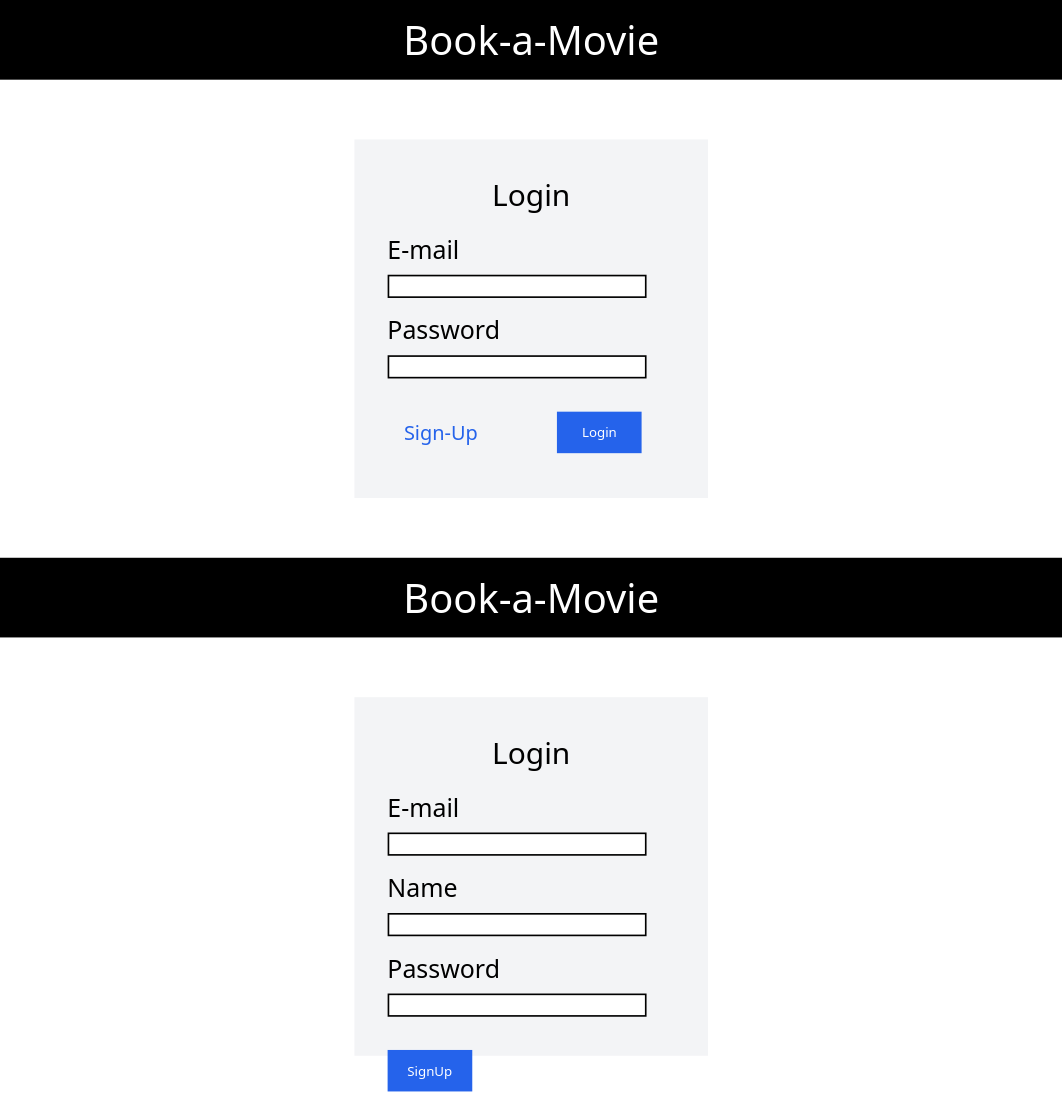
Repository: BhumilModi/movie-booking-app-assignment
Page: /signUp
The author's editor kept a copy of each file at every save. The page is drawn from the files as they stood at one save, then again after the next save.
The browser window is 1280 px wide. The pictures show the whole page, at 83% of full size.
The project was rebuilt for these pictures with package versions that can differ from the ones it lists, and the page was loaded fresh each time. Also part of the build but not shown: src/App.css.

Above is the page before, as saved 2022-11-29 18:24:25.

### src/App.js
import './App.css';
import Login from './components/Login';
import SignUp from './components/SignUp';
function App() {
  return (
    <div>
      <Login />
      <SignUp />
    </div>
  );
}

export default App;

### src/components/Login.jsx
import React from "react";
import Navbar from "./Navbar";

function Login() {
  return (
    <div className="flex flex-col justify-center items-center">
      <Navbar />
      <div className="h-[60vh] bg-gray-100 w-1/3 my-[10vh] flex flex-col p-[40px]">
        <div className="text-[36px] mx-auto">Login</div>
        <div className="text-[30px] mt-4 mb-2">E-mail</div>
        <input type="text" className="w-[90%] border-2 border-black" />
        <div className="text-[30px] mt-4 mb-2">Password</div>
        <input type="password" className="w-[90%] border-2 border-black" />
        <div className="flex justify-between items-center mt-10 mr-10">
          <p className="text-[24px] ml-5 text-blue-600 cursor-pointer">
            Sign-Up
          </p>
          <button className="bg-blue-600 w-1/3 h-[50px] text-white">
            Login
          </button>
        </div>
      </div>
    </div>
  );
}

export default Login;

### src/components/SignUp.jsx
import React from "react";
import Navbar from "./Navbar";

function Login() {
  return (
    <div className="flex flex-col justify-center items-center">
      <Navbar />
      <div className="h-[60vh] bg-gray-100 w-1/3 my-[10vh] flex flex-col p-[40px]">
        <div className="text-[36px] mx-auto">Login</div>
        <div className="text-[30px] mt-4 mb-2">E-mail</div>
        <input type="text" className="w-[90%] border-2 border-black" />
        <div className="text-[30px] mt-4 mb-2">Name</div>
        <input type="text" className="w-[90%] border-2 border-black" />
        <div className="text-[30px] mt-4 mb-2">Password</div>
        <input type="password" className="w-[90%] border-2 border-black" />
        <div className="flex justify-between items-center mt-10 mr-10">
          <button className="bg-blue-600 w-1/3 h-[50px] text-white">
            SignUp
          </button>
        </div>
      </div>
    </div>
  );
}

export default Login;

### src/components/Navbar.jsx
import React from "react";

function Navbar() {
  return (
    <div className="h-24 bg-black flex justify-center items-center w-full">
      <div className="text-white text-[48px]">Book-a-Movie</div>
    </div>
  );
}

export default Navbar;

Loaded but not shown: public/index.html (common file); src/index.js (common file); src/index.css (common file); tailwind.config.js (common file)

After the next save:
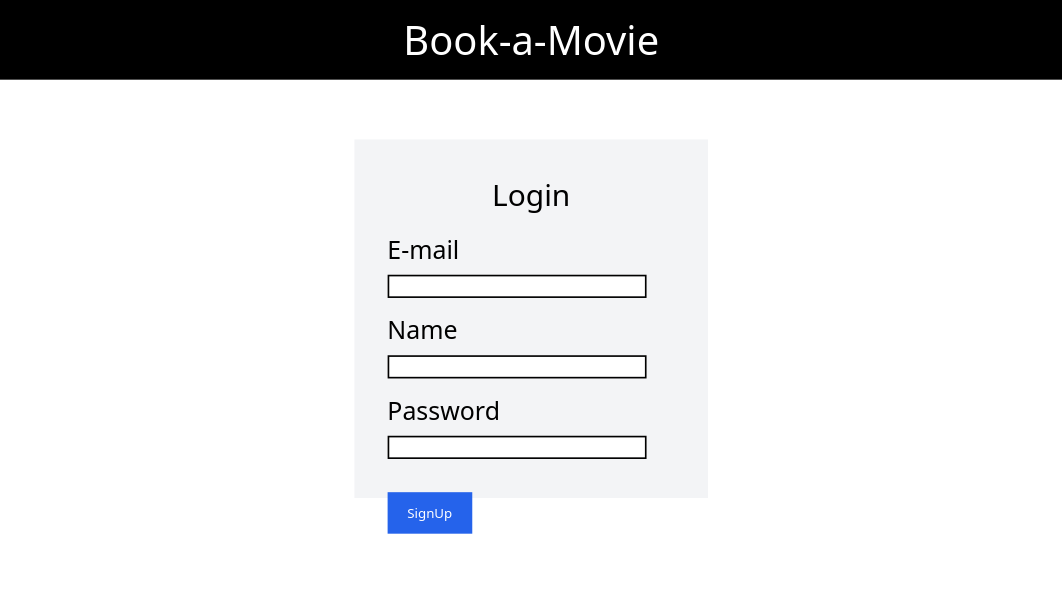
Saved 9 s later.
--- a/src/App.js
+++ b/src/App.js
@@ -4,7 +4,7 @@ import SignUp from './components/SignUp';
 function App() {
   return (
     <div>
-      <Login />
+      {/* <Login /> */}
       <SignUp />
     </div>
   );
